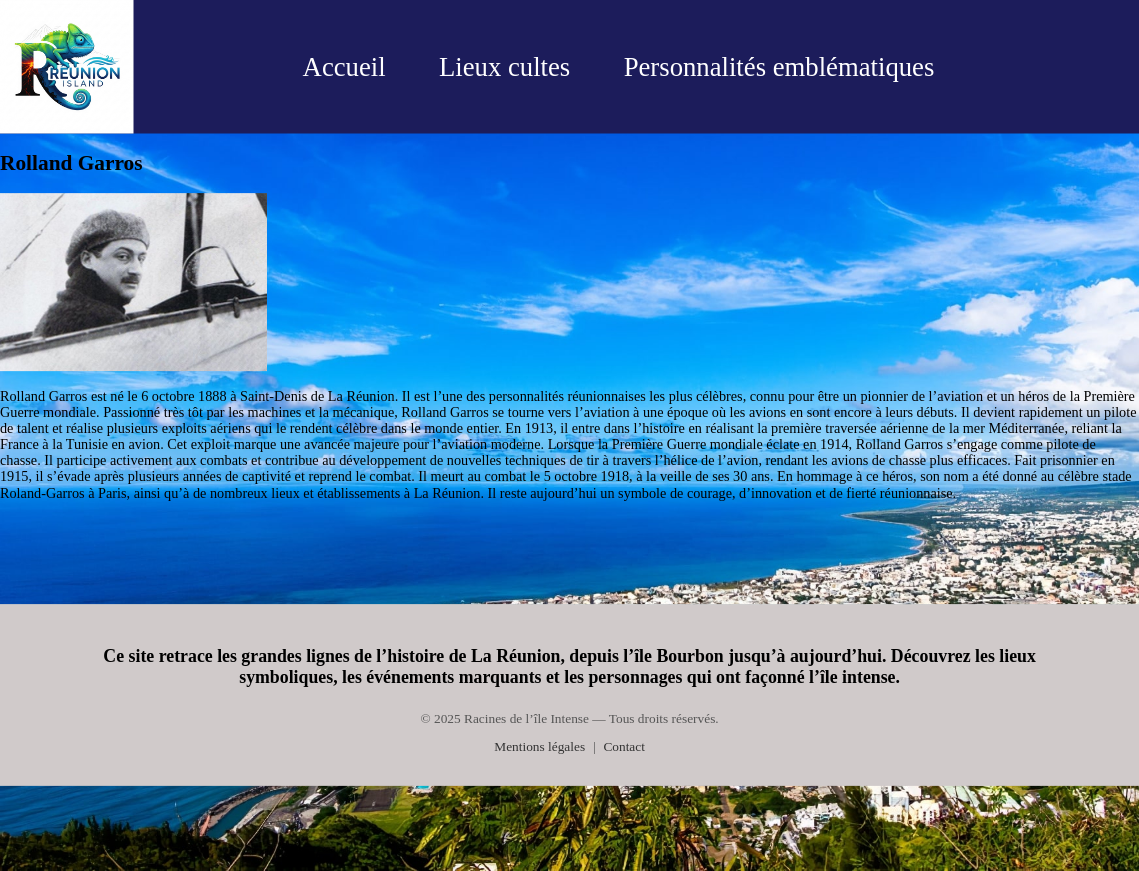
Repository: racinesintense974/Racines-de-lile-intense
Page: garros.html
These files come from the project's save history. The page is drawn as it stood at one moment and after a run of saves; the edit follows.
The browser window is 1280 px wide. The pictures show the whole page, at 89% of full size.

Above is the page before, as saved 2026-02-19 16:39:16.

After the next 2 saves:
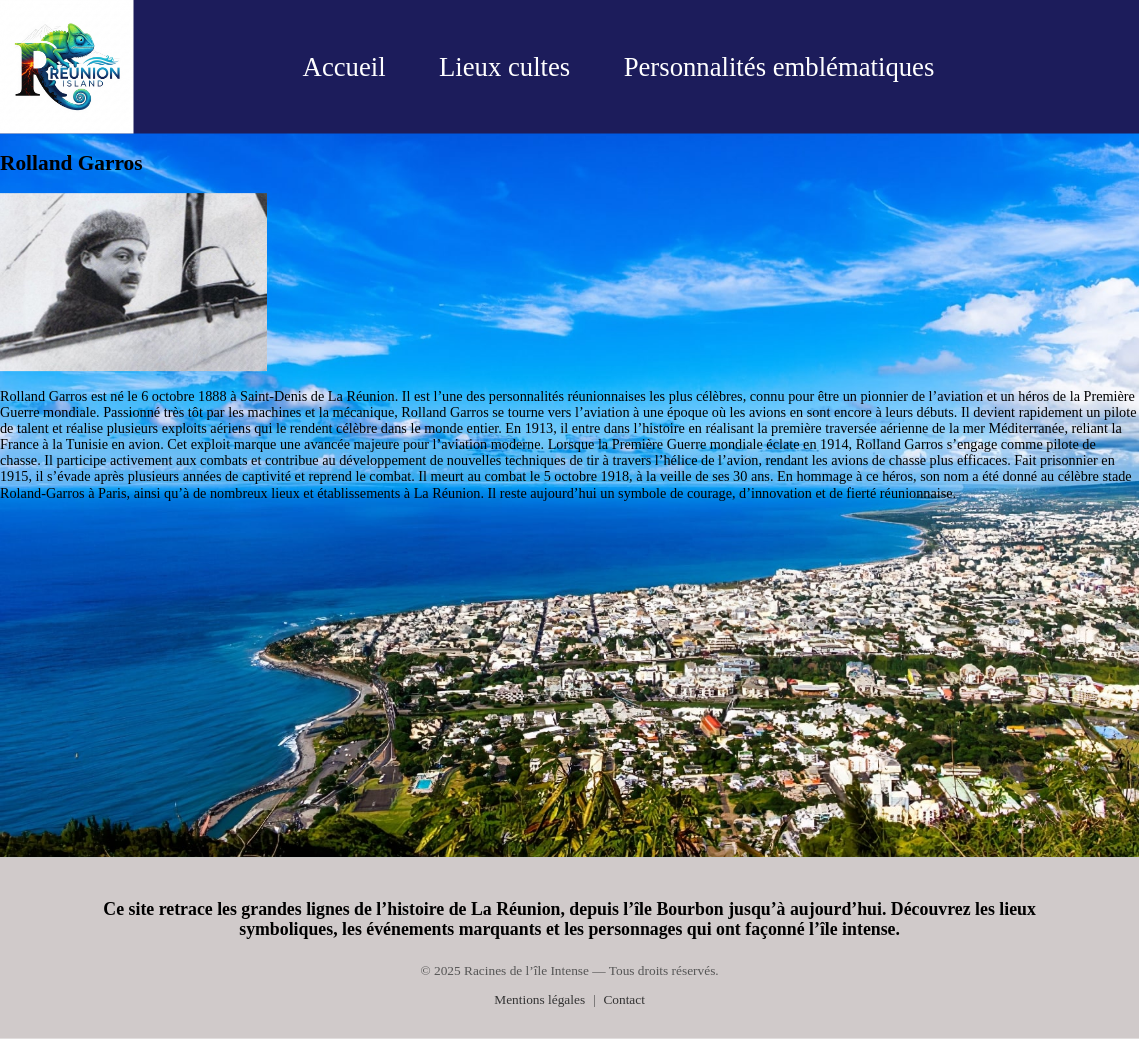
The 2 saves are shown as one change because they came seconds apart.
The last was saved 23 s later.
--- a/css/garros.css
+++ b/css/garros.css
@@ -87,7 +87,7 @@ html, body {
   font-size: 15px;
   color: #555;
   border-top: 1px solid #ccc;
-  margin-top: 116px;
+  margin-top: 400px;
    box-sizing: border-box;
 
 }
